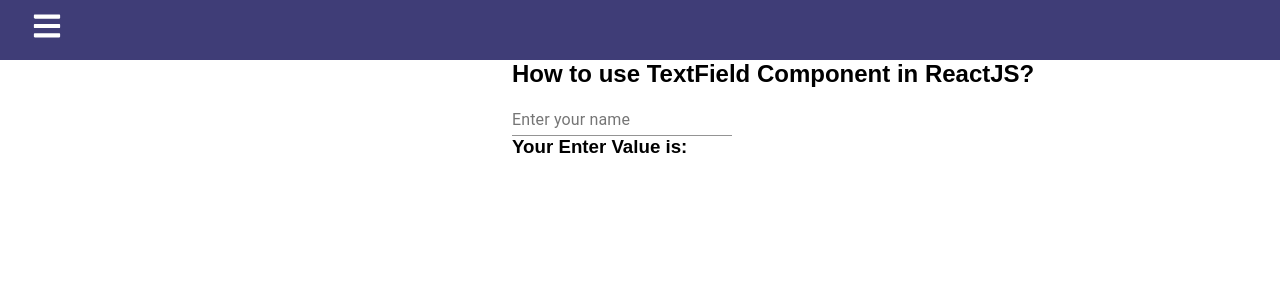
Repository: dcutalo/GasPal
Page: / (app in client/)
The author's editor kept a copy of each file at every save. The page is drawn from the files as they stood at one save, then again after the next save.
The browser window is 1280 px wide. The pictures show the whole page.
Some web fonts or font styles are not loaded; a fallback is used. The project was rebuilt for these pictures with package versions that can differ from the ones it lists, and the page was loaded fresh each time. Also part of the build but not shown: client/src/pages/triphistory.js, client/src/pages/gasefficiencyreports.js, client/src/pages/userprofile.js.

Above is the page before, as saved 2021-10-05 21:32:56.

After the next save:
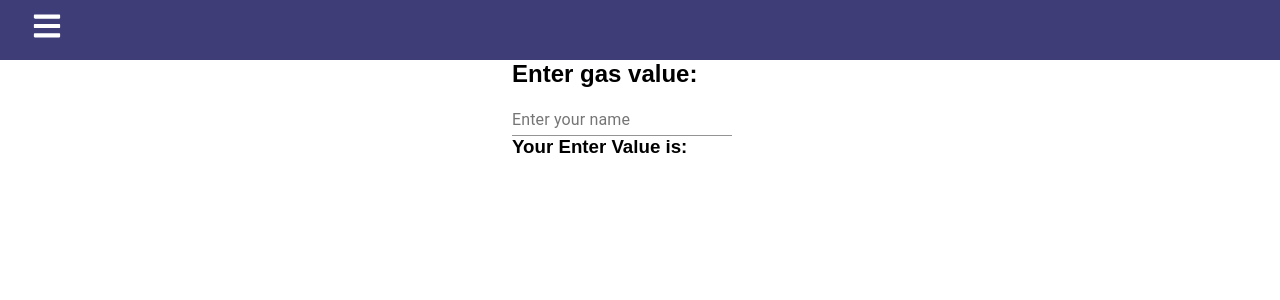
Saved 23 s later.
--- a/client/src/pages/home.js
+++ b/client/src/pages/home.js
@@ -11,7 +11,7 @@ const Home = () => {
         marginLeft: "40%",
       }}
     >
-      <h2>How to use TextField Component in ReactJS?</h2>
+      <h2>Enter gas value:</h2>
       <TextField
         value={name}
         label="Enter your name"
